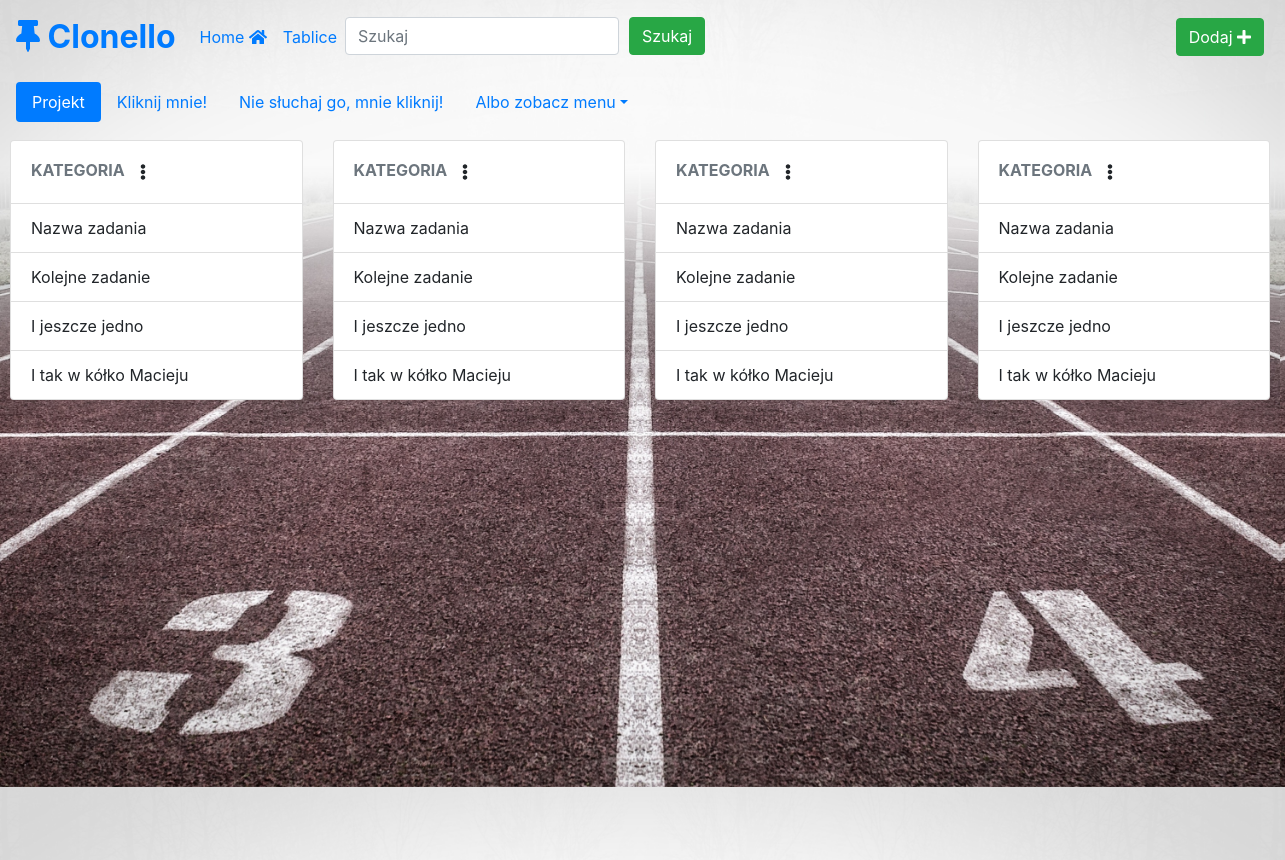
Repository: jnehlt/PAW-lab
Page: / (app in Frontend/clonello/)
The author's editor kept a copy of each file at every save. The page is drawn from the files as they stood at one save, then again after the next save.
The browser window is 1280 px wide. The page is 1285 px wide, so the pictures cover 1285 px, including what lies to the right of the window. The pictures show the whole page.
The project was rebuilt for these pictures with package versions that can differ from the ones it lists, and the page was loaded fresh each time.

Above is the page before, as saved 2020-04-24 22:41:16.

### Frontend/clonello/src/main.js
import "@babel/polyfill";
import "mutationobserver-shim";
import Vue from "vue";
import "./plugins/bootstrap-vue";
import App from "./App.vue";
import router from "./router";
import "@fortawesome/fontawesome-free/css/all.css";
import "@fortawesome/fontawesome-free/js/all.js";

Vue.config.productionTip = false;

new Vue({
  router,
  render: h => h(App)
}).$mount("#app");

### Frontend/clonello/src/App.vue
<template>
  <div id="app">
    <topheader></topheader>
    <projectheader></projectheader>

    <div class="row">
        <maincard></maincard>
        <maincard></maincard>
        <maincard></maincard>
        <maincard></maincard>
        <maincard></maincard>
        <maincard></maincard>
        <maincard></maincard>
        <maincard></maincard>
    </div>
    <router-view />
  </div>
</template>

<script>
import TopHeader from "@/components/TopHeader.vue";
import ProjectHeader from "@/components/ProjectHeader.vue";
import MainCard from "@/components/MainCard.vue";

export default {
  components: {
    "topheader": TopHeader,
    "projectheader": ProjectHeader,
    "maincard": MainCard
  }
};
</script>

<style lang="scss">

body {
    background-image: url("../src/assets/running-track-sn-3000x2001.jpg");
    background-size: cover;
    background-position: center;
}

.dropdown-header {
    font-size: larger;
    font-weight: bolder;
}

html, body {
    height: 100%;
}

.list-head {
    font-weight: bolder;
    text-transform: uppercase;
}

.btn {
    margin-left: 2px;
}


.row {
  display: flex;
  flex-wrap: nowrap;
  overflow-x: auto;
  margin-left: -5px;
  margin-right: -5px;
  margin-top: 10px;
  height: 100vh;
}

::-webkit-scrollbar {
  height: 4px;              /* height of horizontal scrollbar ← You're missing this */
  width: 4px;               /* width of vertical scrollbar */
  border: 1px solid #d5d5d5;
  margin-left: -5px;
  margin-right: -5px;
}


</style>

### Frontend/clonello/src/components/TopHeader.vue
<template>
  <div>
    <nav class="navbar navbar-expand-lg">
      <a class="navbar-brand" href="#"><i class="fas fa-thumbtack"></i> Clonello</a>
      <button class="navbar-toggler navbar-dark" type="button" data-toggle="collapse" data-target="#navbarNav" aria-controls="navbarNav" aria-expanded="false" aria-label="Toggle navigation">
          <span class="navbar-toggler-icon"></span>
      </button>
      <div class="collapse navbar-collapse" id="navbarNav">
        <ul class="navbar-nav mr-auto">
          <li class="nav-item">
            <a class="nav-link" href="#">Home <i class="fas fa-home"></i></a>
          </li>
          <li class="nav-item">
            <a class="nav-link" href="#">Tablice</a>
          </li>
          <li class="nav-item">
            <form class="form-inline my-2 my-lg-0">
              <input class="form-control mr-sm-2" type="search" placeholder="Szukaj" aria-label="Search">
              <button class="btn btn-success my-2 my-sm-0" type="submit">Szukaj</button>
            </form>
          </li>
        </ul>
        <ul class="navbar-right navbar-nav">
          <li>
            <b-button v-b-toggle.collapse-1  variant="success">Dodaj <i class="fas fa-plus"></i></b-button>
            <b-collapse id="collapse-1" class="mt-2">
              <b-card>
                <p class="card-text">Collapse contents Here</p>
                <b-button v-b-toggle.collapse-1-inner size="sm">Toggle Inner Collapse</b-button>
                <b-collapse id="collapse-1-inner" class="mt-2">
                  <b-card>Hello!</b-card>
                </b-collapse>
              </b-card>
            </b-collapse>
          </li>
        </ul>
      </div>
    </nav>
  </div>
  <!-- class="btn btn-success" type="button" data-toggle="collapse" data-target="#collapseAdd" aria-expanded="false" aria-controls="collapseAdd">Dodaj <i class="fas fa-plus"></i>
            </button> -->
</template>

<script>



export default {

};
</script>

<!-- Add "scoped" attribute to limit CSS to this component only -->
<style scoped lang="scss">
.navbar-brand {
    font-weight: bolder;
    font-size: 2em;
}

.navbar {
    background-color: transparent;
}

.navbar-toggler {
    background-color: #4e555b;
}
</style>

### Frontend/clonello/src/components/ProjectHeader.vue
<template>
  <div>
      <div class="navbar navbar-expand-lg">
      <ul class="nav nav-pills nav-fill">
        <li class="nav-item">
          <a class="nav-link active" href="#">Projekt</a>
        </li>
        <li class="nav-item">
          <a class="nav-link" href="#">Kliknij mnie!</a>
        </li>
        <li class="nav-item">
          <a class="nav-link" href="#">Nie słuchaj go, mnie kliknij!</a>
        </li>
        <li class="nav-item dropdown">
          <a class="nav-link dropdown-toggle" data-toggle="dropdown" href="#" role="button" aria-haspopup="true" aria-expanded="false">Albo zobacz menu</a>
          <div class="dropdown-menu">
            <h5 class="dropdown-header">Menu</h5>
            <div class="dropdown-divider"></div>
            <a class="dropdown-item" href="#">No dobra</a>
            <a class="dropdown-item" href="#">Trochę zamieszania</a>
            <a class="dropdown-item" href="#">Dziwnie wyszło</a>
            <a class="dropdown-item" href="#">Ale klinkij tamte</a>
          </div>
        </li>
      </ul>
    </div>
  </div>
</template>

<script>
export default {

}
</script>

<style>
.navbar-brand {
    font-weight: bolder;
    font-size: 2em;
}

.navbar {
    background-color: transparent;
}

.navbar-toggler {
    background-color: #4e555b;
}
</style>

### Frontend/clonello/src/components/MainCard.vue
<template>
        <div class="col-3 col-md-3 col-sm-3">
            <ul class="list-group">
                <li class="list-group-item disabled list-head" aria-disabled="true">Kategoria<button class="btn btn-kropki"><i class="fas fa-ellipsis-v"></i></button></li>
                <li class="list-group-item">Nazwa zadania</li>
                <li class="list-group-item">Kolejne zadanie</li>
                <li class="list-group-item">I jeszcze jedno</li>
                <li class="list-group-item">I tak w kółko Macieju</li>
            </ul>
        </div>

</template>

<script>
export default {

}
</script>

<style>

</style>

### Frontend/clonello/src/views/Home.vue
<template>
  <div class="home"></div>
</template>

<script>
// @ is an alias to /src
export default {
  name: "Home",
  components: {}
};
</script>

Loaded but not shown: Frontend/clonello/public/index.html (common file); Frontend/clonello/src/plugins/bootstrap-vue.js (common file); Frontend/clonello/src/router/index.js (common file)

After the next save:
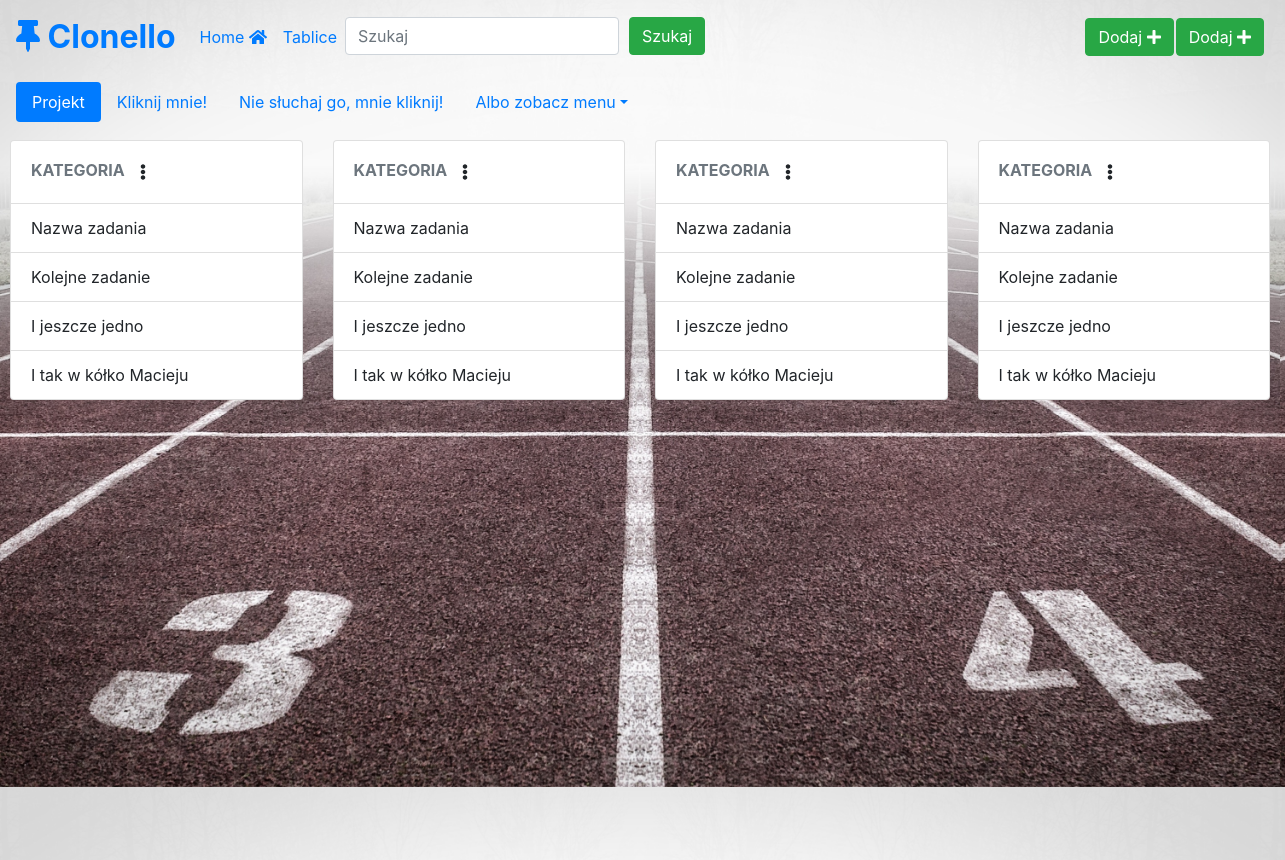
Saved 43 s later.
--- a/Frontend/clonello/src/components/TopHeader.vue
+++ b/Frontend/clonello/src/components/TopHeader.vue
@@ -22,6 +22,16 @@
         </ul>
         <ul class="navbar-right navbar-nav">
           <li>
+            <b-button v-b-toggle.collapse-1  variant="success">Dodaj <i class="fas fa-plus"></i></b-button>
+            <b-collapse id="collapse-1" class="mt-2">
+              <b-card>
+                <p class="card-text">Collapse contents Here</p>
+                <b-button v-b-toggle.collapse-1-inner size="sm">Toggle Inner Collapse</b-button>
+                <b-collapse id="collapse-1-inner" class="mt-2">
+                  <b-card>Hello!</b-card>
+                </b-collapse>
+              </b-card>
+            </b-collapse>
             <b-button v-b-toggle.collapse-1  variant="success">Dodaj <i class="fas fa-plus"></i></b-button>
             <b-collapse id="collapse-1" class="mt-2">
               <b-card>
